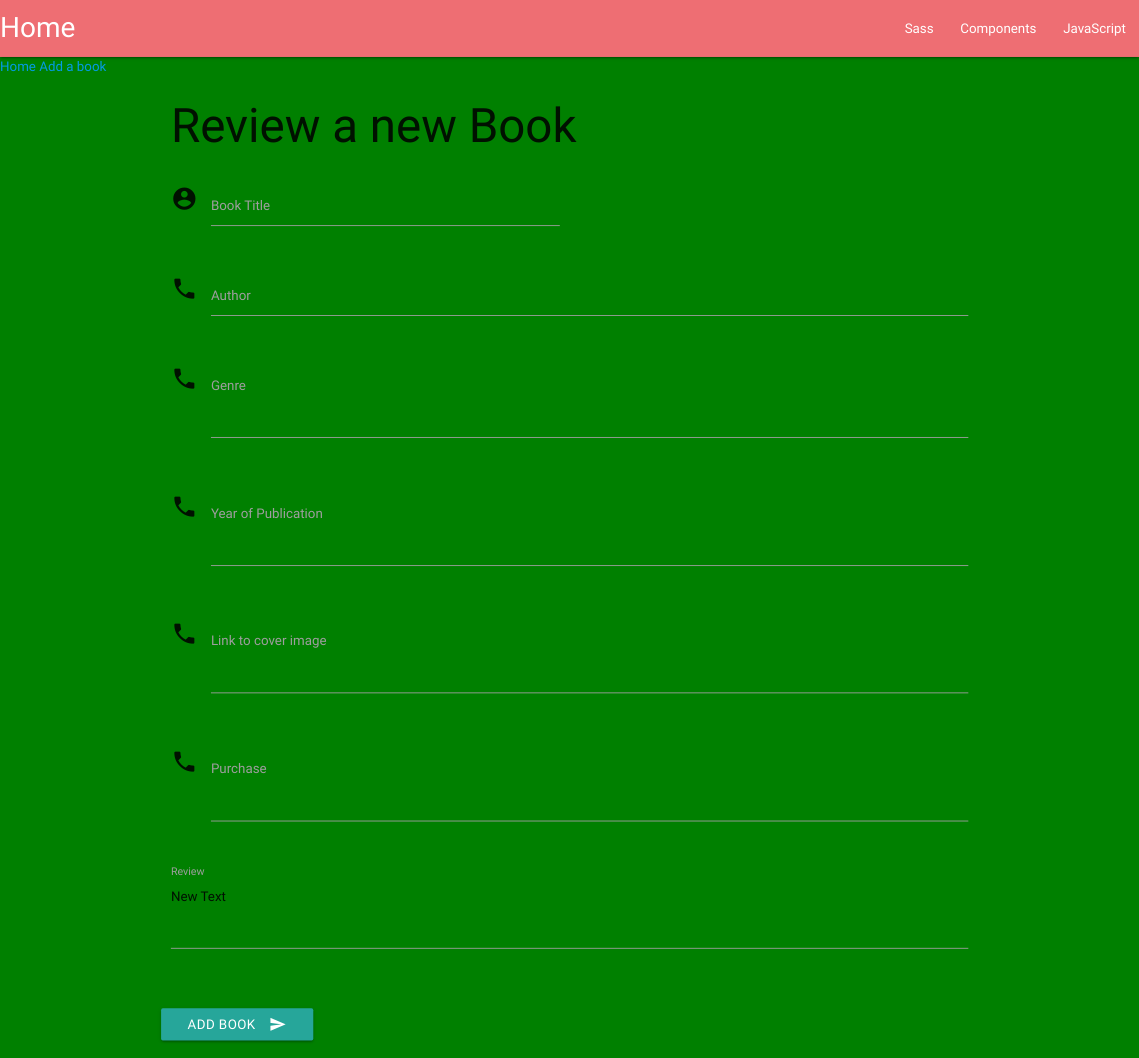
Repository: h8130084/bookReview
Page: http://localhost/add_book
The author's editor kept a record of every edit. The page is drawn from the files as they stood at one moment, then again after the next edit.
The browser window is 1280 px wide. The pictures show the whole page, at 89% of full size.
Some web libraries are served in a nearby version. The page is served by the project's application, run on Flask 3 (app.py).

Above is the page before.
Console error: ReferenceError: M is not defined

After the next edit:
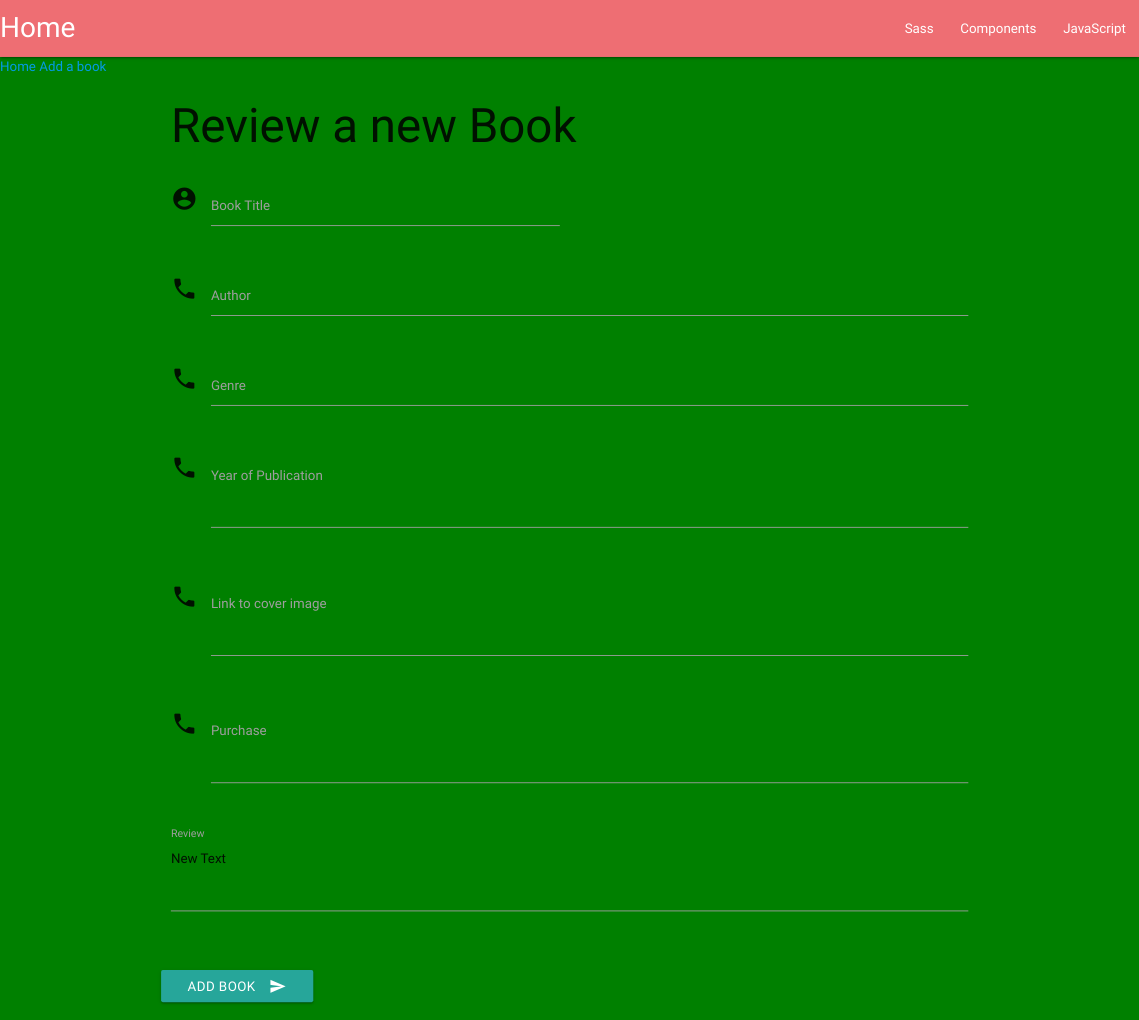
The edit:
--- a/templates/addbook.html
+++ b/templates/addbook.html
@@ -23,7 +23,7 @@
         <div class="row">
             <div class="input-field col s12">
                 <i class="material-icons prefix">phone</i>
-                <textarea name="Genre" id="Genre" class="materialize-textarea"></textarea>
+                <input name="Genre" id="Genre" class="materialize-textarea">
                 <label for="icon_telephone">Genre</label>
             </div>
         </div>
